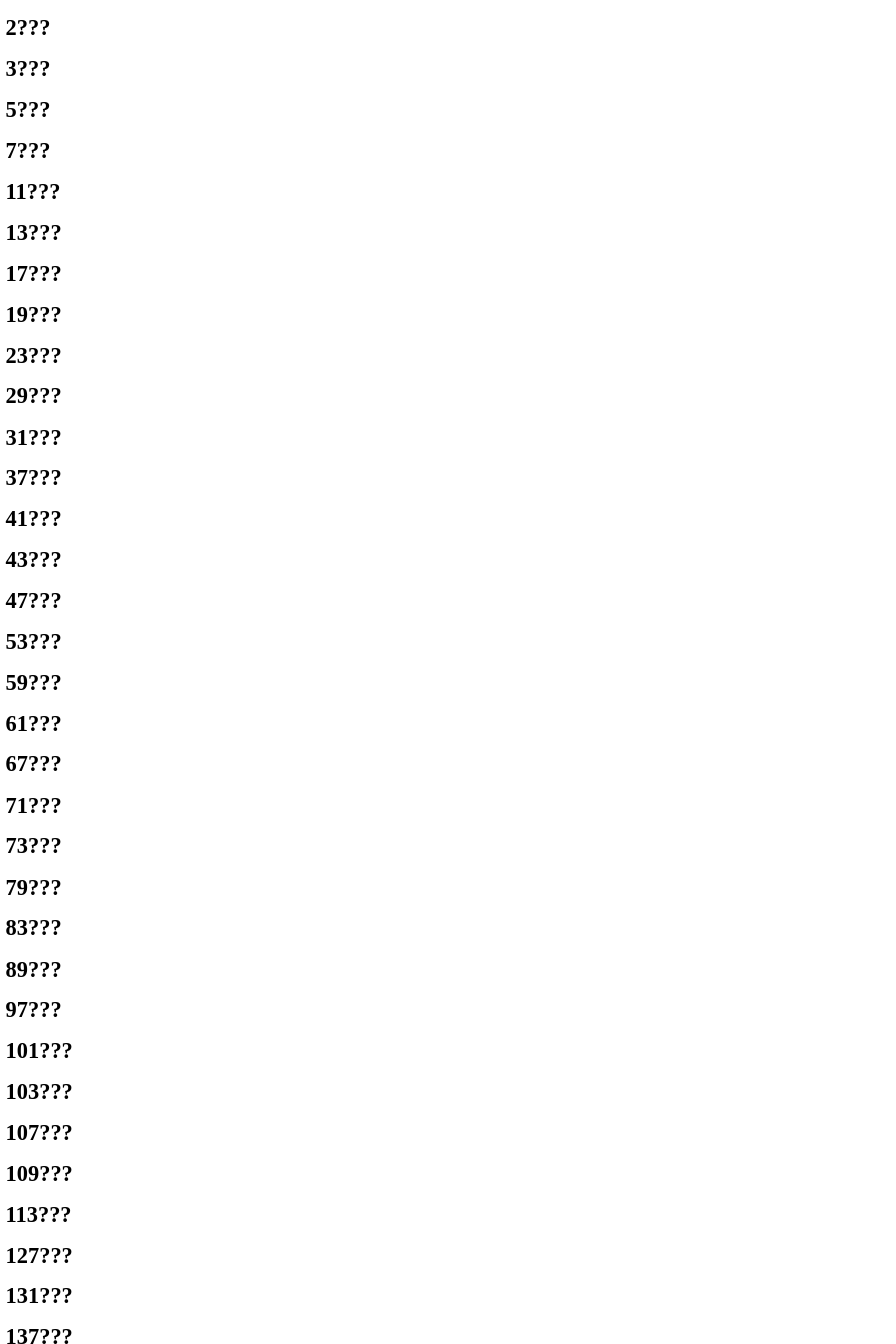
Repository: PeiroJack/eclipse-workspace
Page: http://localhost/MyJsp/prime.jsp
These files come from the project's save history. The page is drawn as it stood at one moment and after the next save; the edit follows.
The browser window is 1280 px wide. The pictures show the part of the page from y = 0 to 1920 px (the page is 9839 px tall), at 70% of full size.
The page is served by Tomcat 9.

Above is the page before, as saved 2020-03-13 16:36:28.

### MyJsp/WebContent/prime.jsp
<%@ page import="java.util.*,java.text.*" language="java" contentType="text/html; charset=ISO-8859-1"
    pageEncoding="UTF-8"%>
<!DOCTYPE html>
<html>
<head>
<meta charset="UTF-8">
<title>Insert title here</title>
</head>
<body>

	<%!
	boolean isPrime(int num){
		boolean flag = true;
		for(int j = 2 ; j < num ;j++){
			if(num % j == 0){
				flag = false;
				break;
			}
		}
		return flag;
	}
	%>
	<%
		List<Integer> primes = new ArrayList();
		for(int i = 2 ; i<=1000 ; i++){
			if(isPrime(i) == true){
				//out.println("<h1>" + i + "</h1>");
				primes.add(i);
			}
		}

	%>
	<%
		for(int p:primes){
			out.println("<h1>" + p + "是质数</h1>");
		}
	%>
</body>
</html>

After the next save:
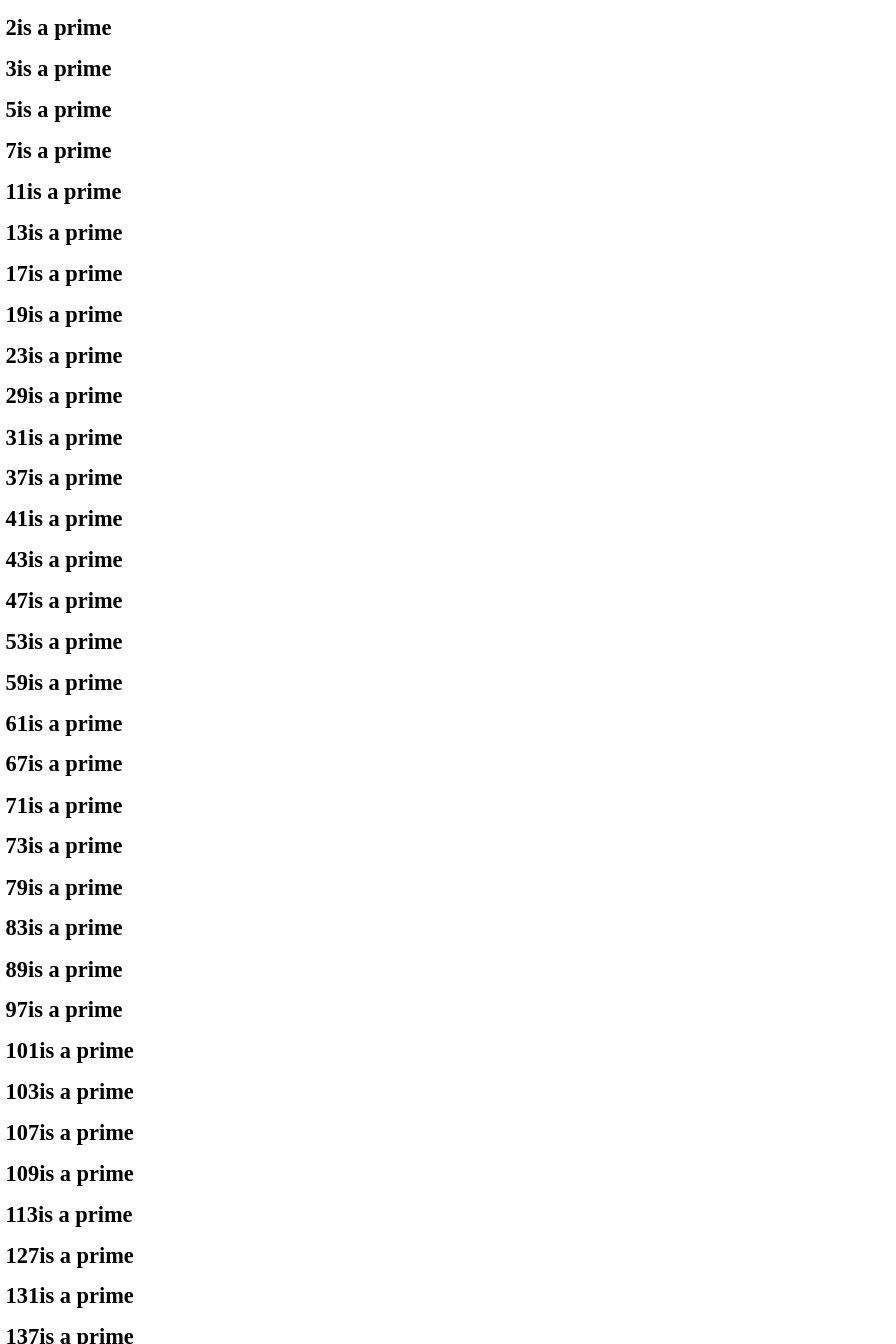
Saved 27 s later.
--- a/MyJsp/WebContent/prime.jsp
+++ b/MyJsp/WebContent/prime.jsp
@@ -32,7 +32,7 @@
 	%>
 	<%
 		for(int p:primes){
-			out.println("<h1>" + p + "是质数</h1>");
+			out.println("<h1>" + p + "is a prime</h1>");
 		}
 	%>
 </body>

After the save that followed:
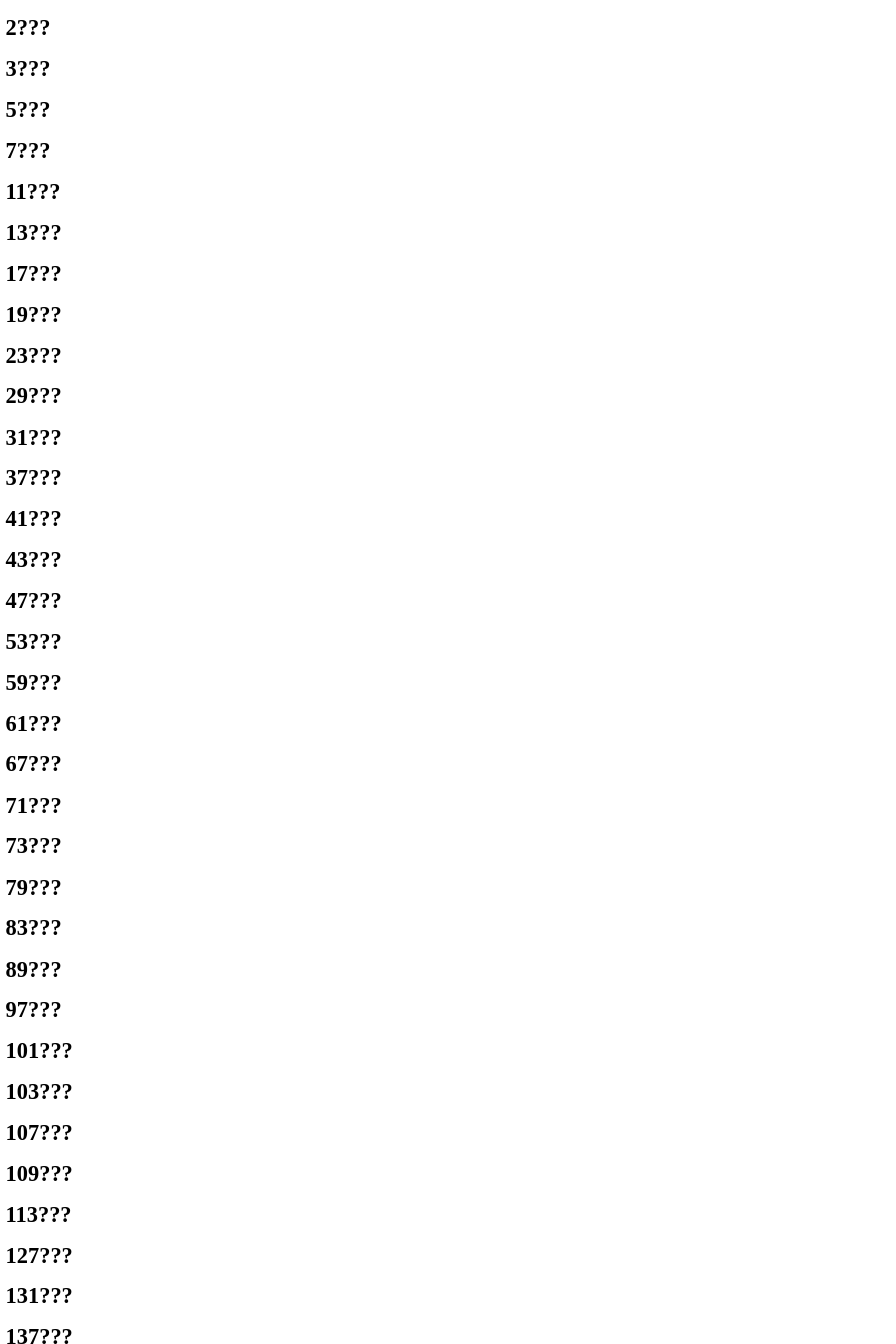
Saved 12 s later.
--- a/MyJsp/WebContent/prime.jsp
+++ b/MyJsp/WebContent/prime.jsp
@@ -32,7 +32,7 @@
 	%>
 	<%
 		for(int p:primes){
-			out.println("<h1>" + p + "is a prime</h1>");
+			out.println("<h1>" + p + "是质数</h1>");
 		}
 	%>
 </body>
